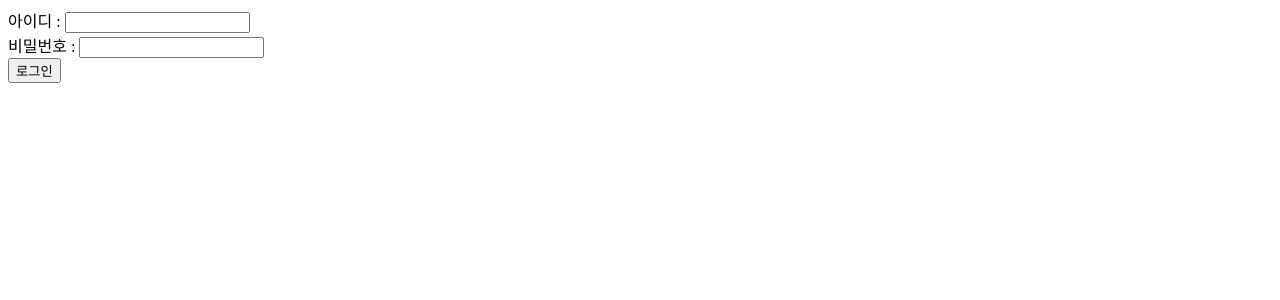
Repository: hololog/workspace_jsp1
Page: JspStudy/src/main/webapp/js1/test9_1.html
An editor plug-in stored every save of this project. The page is shown before and after the next save, followed by the edit.
The browser window is 1280 px wide. The pictures show the whole page.

Above is the page before, as saved 2021-12-06 03:24:33.

### JspStudy/src/main/webapp/js1/test9_1.html
<!DOCTYPE html>
<html>
<head>
<meta charset="UTF-8">
<title>js1/test9_1.html</title>
<script type="text/javascript">

</script>
</head>
<body>
<form action="" method="get">
아이디 : <input type="text" name="id"><br>
비밀번호 : <input type="password" name="pass"><br>
<input type="submit" value="로그인">
</form>
</body>
</html>

After the next save:
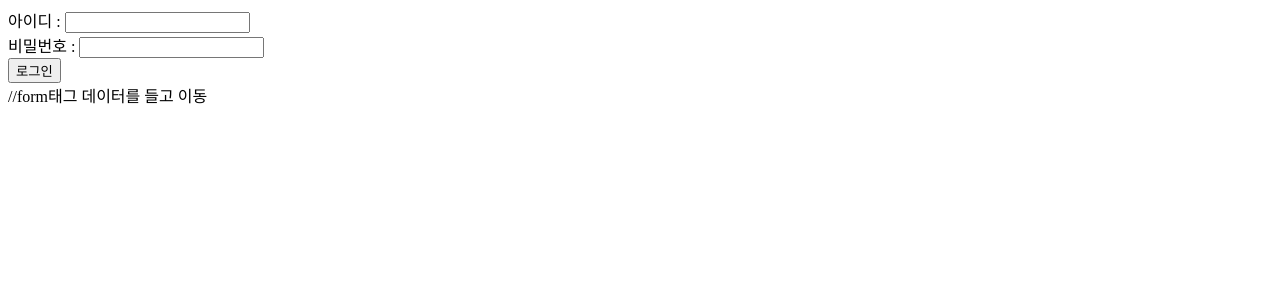
Saved 2 min 4 s later.
--- a/JspStudy/src/main/webapp/js1/test9_1.html
+++ b/JspStudy/src/main/webapp/js1/test9_1.html
@@ -8,10 +8,10 @@
 </script>
 </head>
 <body>
-<form action="" method="get">
+<form action="test9.html" method="get">
 아이디 : <input type="text" name="id"><br>
 비밀번호 : <input type="password" name="pass"><br>
 <input type="submit" value="로그인">
-</form>
+</form>//form태그 데이터를 들고 이동
 </body>
 </html>

After the save that followed:
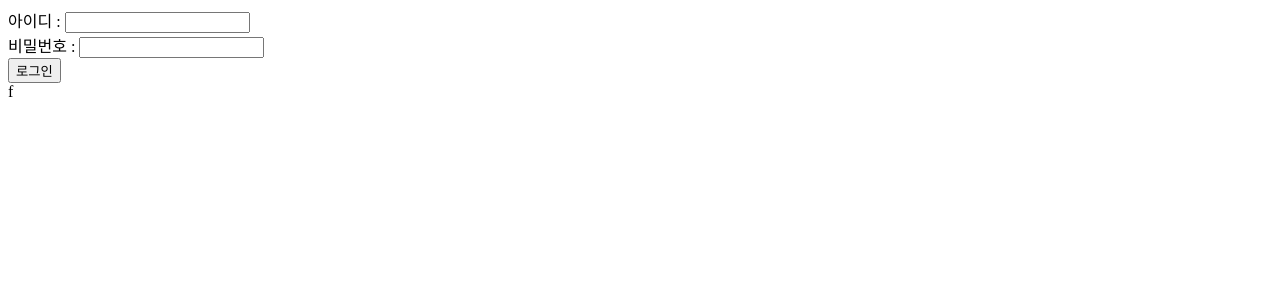
Saved 25 s later.
--- a/JspStudy/src/main/webapp/js1/test9_1.html
+++ b/JspStudy/src/main/webapp/js1/test9_1.html
@@ -12,6 +12,6 @@
 아이디 : <input type="text" name="id"><br>
 비밀번호 : <input type="password" name="pass"><br>
 <input type="submit" value="로그인">
-</form>//form태그 데이터를 들고 이동
+</form><!-- orm태그 데이터를 들고 이동 -->f
 </body>
 </html>
